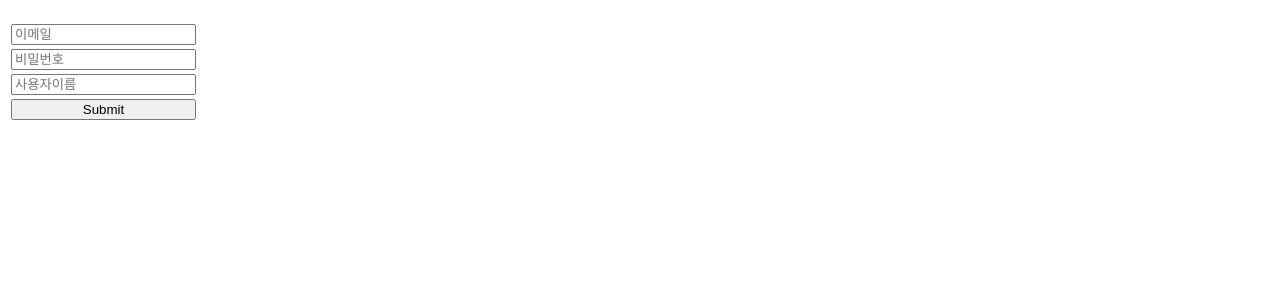
Repository: trapezer84/JSP
Page: http://localhost/AEB_JavaProgramming/
An editor plug-in stored every save of this project. The page is shown before and after the next save, followed by the edit.
The browser window is 1280 px wide. The pictures show the whole page.
The page is served by Tomcat 9. Other server files are loaded and not shown.

Above is the page before, as saved 2016-02-05 07:50:26.

### AEB_JavaProgramming/WebContent/index.jsp
<%@ page language="java" contentType="text/html; charset=UTF-8"
    pageEncoding="UTF-8"%>
<!DOCTYPE html>
<html>
<head>
<meta http-equiv="Content-Type" content="text/html; charset=UTF-8">
<title>Insert title here</title>
</head>
<body>

<div>
	<h1> </h1>
</div>

<div aling="center">
	<table>
		<tr>
			<td> <input type="email" placeholder="이메일"/> </td>
		</tr>

		<tr>
			<td> <input type="password" placeholder="비밀번호"/> </td>
		</tr>

		<tr>
			<td> <input type="text" placeholder="사용자이름"/> </td>
		</tr>

		<tr>
			<td> <input type="submit" placeholder="가입" style="width:100%"/> </td>
		</tr>
	</table>
</div>



</body>
</html>

After the next save:
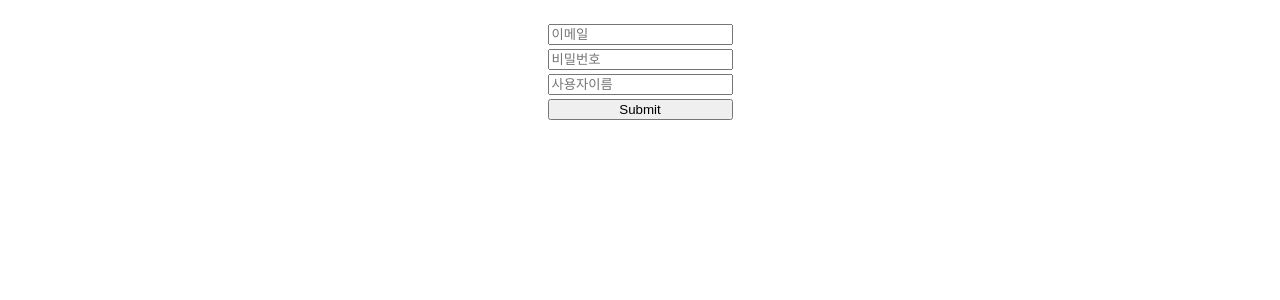
Saved 13 s later.
--- a/AEB_JavaProgramming/WebContent/index.jsp
+++ b/AEB_JavaProgramming/WebContent/index.jsp
@@ -12,7 +12,7 @@
 	<h1> </h1>
 </div>
 
-<div aling="center">
+<div align="center">
 	<table>
 		<tr>
 			<td> <input type="email" placeholder="이메일"/> </td>
